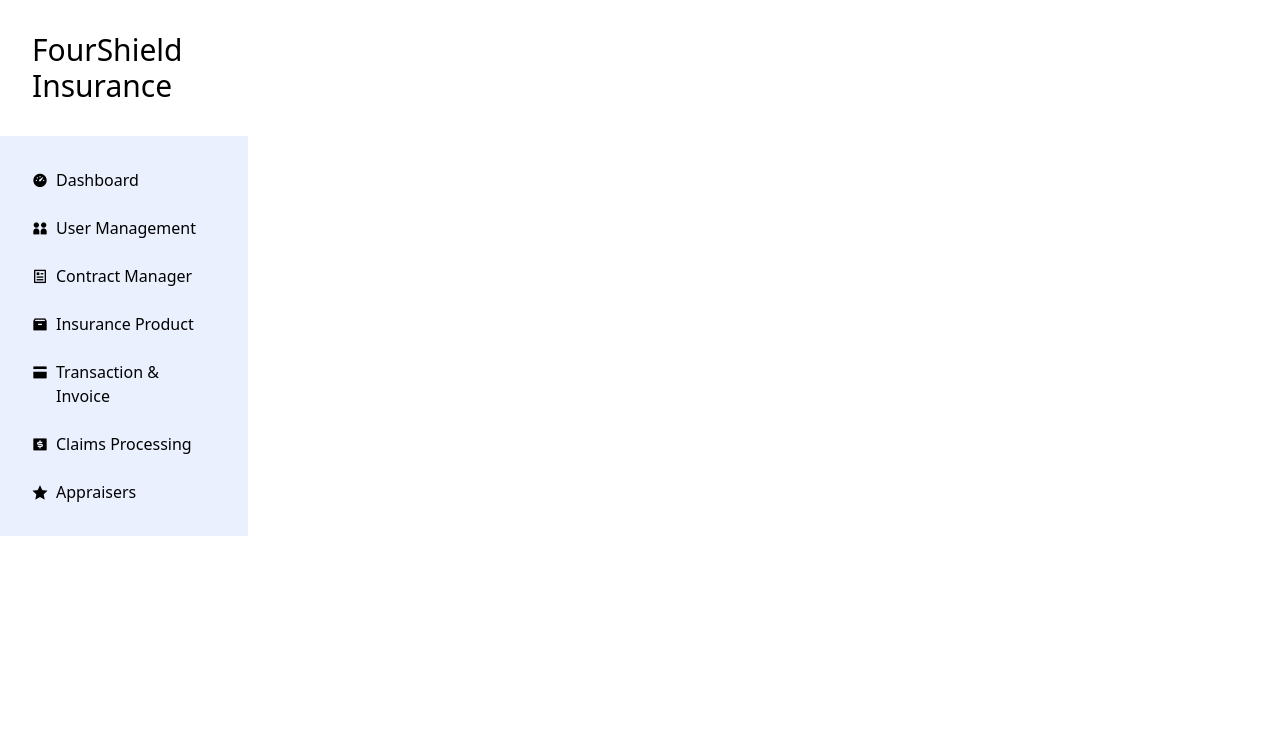
Repository: MockProject9920/MockProject_022025_Nhom4
Page: / (app in frontend/)
These files come from the project's save history. The page is drawn as it stood at one moment and after the next save; the edit follows.
The browser window is 1280 px wide. The pictures show the whole page.
The project was rebuilt for these pictures with package versions that can differ from the ones it lists, and the page was loaded fresh each time. Also part of the build but not shown: frontend/vite.config.js.

Above is the page before, as saved 2025-03-12 14:21:06.

### frontend/index.html
<!DOCTYPE html>

<html lang="en">
  <head>
    <meta charset="UTF-8" />
    <link rel="icon" type="image/svg+xml" href="/vite.svg" />
    <meta name="viewport" content="width=device-width, initial-scale=1.0" />
    <title>Vite + React</title>
  </head>
  <body>
    <div id="root"></div>
    <script type="module" src="/src/main.jsx"></script>
  </body>
</html>

### frontend/src/index.css
@import "tailwindcss";
@import "remixicon/fonts/remixicon.css";
/*  font-family: system-ui, Avenir, Helvetica, Arial, sans-serif;
  line-height: 1.5;
  font-weight: 400;

  color-scheme: light dark;
  color: rgba(255, 255, 255, 0.87);
  background-color: #242424;

  font-synthesis: none;
  text-rendering: optimizeLegibility;
  -webkit-font-smoothing: antialiased;
  -moz-osx-font-smoothing: grayscale;
}

a {
  font-weight: 500;
  color: #646cff;
  text-decoration: inherit;
}
a:hover {
  color: #535bf2;
}

body {
  margin: 0;
  display: flex;
  place-items: center;
  min-width: 320px;
  min-height: 100vh;
}

h1 {
  font-size: 3.2em;
  line-height: 1.1;
}

button {
  border-radius: 8px;
  border: 1px solid transparent;
  padding: 0.6em 1.2em;
  font-size: 1em;
  font-weight: 500;
  font-family: inherit;
  background-color: #1a1a1a;
  cursor: pointer;
  transition: border-color 0.25s;
}
button:hover {
  border-color: #646cff;
}
button:focus,
button:focus-visible {
  outline: 4px auto -webkit-focus-ring-color;
}

@media (prefers-color-scheme: light) {
  :root {
    color: #213547;
    background-color: #ffffff;
  }
  a:hover {
    color: #747bff;
  }
  button {
    background-color: #f9f9f9;
  }
} */

### frontend/src/App.jsx
import AdminSidebar from "./components/AdminSidebar";

function App() {
  return (
    <>
      <AdminSidebar />
    </>
  );
}

export default App;

### frontend/src/components/AdminSidebar.jsx
import { useState } from "react";
import { Link } from "react-router-dom";

function AdminSidebar() {
  const [dropdowns, setDropdowns] = useState({
    menu1: false,
    menu2: false,
    menu3: false,
  });
  const toggleDropdown = (menu) => {
    setDropdowns((prevState) => ({
      ...prevState,
      [menu]: !prevState[menu],
    }));
  };
  return (
    <div className="space-y-10 h-screen w-62 ">
      <p className="text-3xl font-medium m-8">FourShield Insurance</p>
      <div className="space-y-6 w-full bg-[#EBF0FF] p-8">
        <div className="flex space-x-2">
          <i class="ri-dashboard-3-fill"></i>
          <p>Dashboard</p>
        </div>
        <div>
          <div
            className="flex space-x-2"
            onClick={() => toggleDropdown("menu1")}
          >
            <i class="ri-group-3-fill"></i> <p>User Management</p>
          </div>
        </div>
        {dropdowns.menu1 && (
          <div>
            <ul>
              <li>Customner</li>
              <li>Employee</li>
              <li>Role</li>
            </ul>
          </div>
        )}
        <div className="flex space-x-2">
          <i class="ri-article-line"></i>
          <p>Contract Manager</p>
        </div>
        <div className="flex space-x-2">
          {" "}
          <i class="ri-archive-2-fill"></i>
          <p>Insurance Product</p>
        </div>

        <div>
          <div
            className="flex space-x-2"
            onClick={() => toggleDropdown("menu2")}
          >
            <i class="ri-bank-card-2-fill"></i>
            <p>Transaction & Invoice</p>
          </div>
          {dropdowns.menu2 && (
            <div>
              <ul>
                <li>Transaction Management</li>
                <li>Invoice Management</li>
              </ul>
            </div>
          )}
        </div>

        <div className="flex space-x-2">
          <i class="ri-money-dollar-box-fill"></i>
          <p>Claims Processing</p>
        </div>
        <div>
          <div
            className=" flex space-x-2"
            onClick={() => toggleDropdown("menu3")}
          >
            <i class="ri-star-fill"></i> <p>Appraisers</p>
          </div>
          {dropdowns.menu3 && (
            <div>
              <ul>
                <li>List of Appraisers</li>
                <li>Assessment Report</li>
              </ul>
            </div>
          )}
        </div>
      </div>
    </div>
  );
}

export default AdminSidebar;

Loaded but not shown: frontend/src/main.jsx (common file)

After the next save:
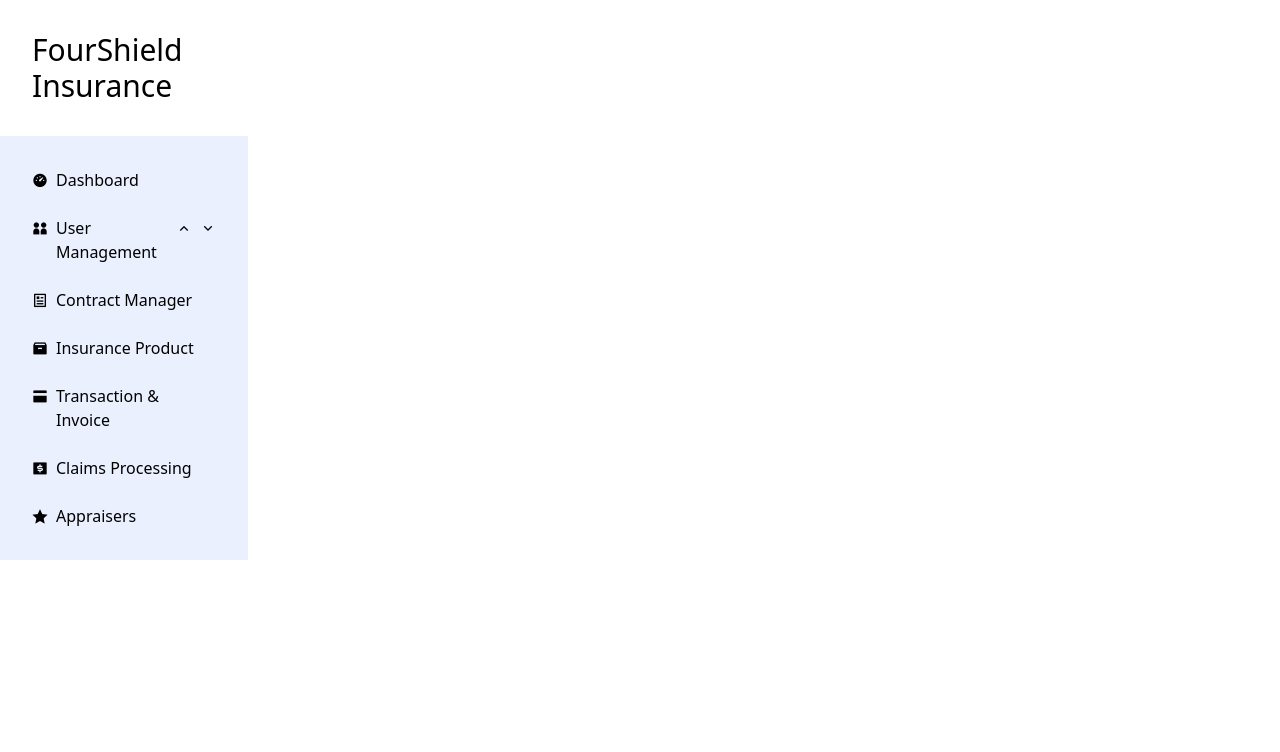
Saved 62 s later.
--- a/frontend/src/components/AdminSidebar.jsx
+++ b/frontend/src/components/AdminSidebar.jsx
@@ -26,7 +26,9 @@ function AdminSidebar() {
             className="flex space-x-2"
             onClick={() => toggleDropdown("menu1")}
           >
-            <i class="ri-group-3-fill"></i> <p>User Management</p>
+            <i class="ri-group-3-fill"></i> <p>User Management</p>{" "}
+            <i class="ri-arrow-up-s-line"></i>{" "}
+            <i class="ri-arrow-down-s-line"></i>
           </div>
         </div>
         {dropdowns.menu1 && (
